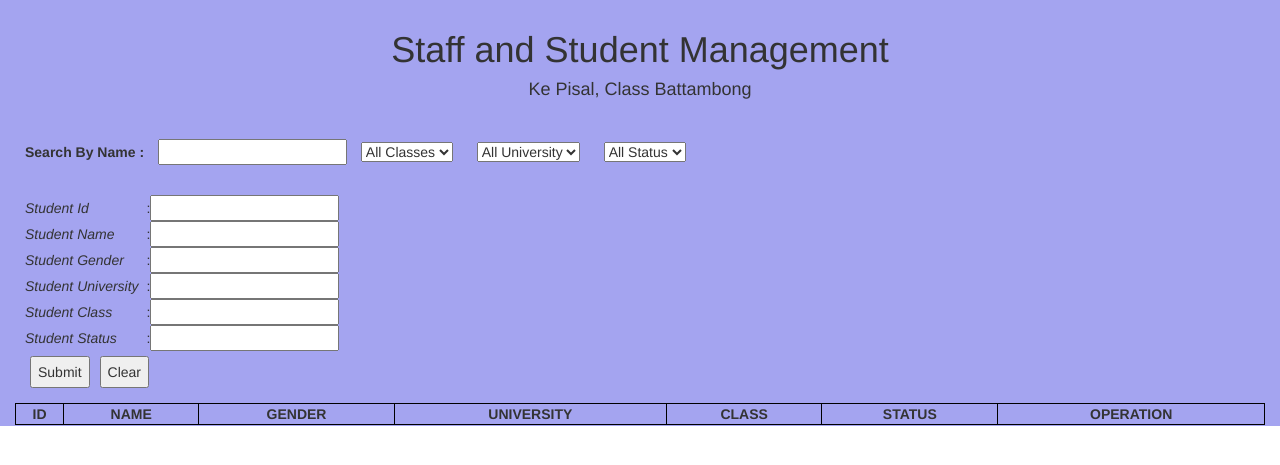
Repository: kepisal/ServletJAVA
Page: http://localhost/AjaxStaffandStudent/
An editor plug-in stored every save of this project. The page is shown before and after the next save, followed by the edit.
The browser window is 1280 px wide. The pictures show the whole page.
The page is served by Tomcat 9. Other server files are loaded and not shown. Queries for data that is not in the repository find no rows.

Above is the page before, as saved 2015-07-10 16:39:56.

### AjaxStaffandStudent/WebContent/index.jsp
<%@ page language="java" contentType="text/html; charset=ISO-8859-1"
	pageEncoding="ISO-8859-1"%>
<!DOCTYPE html>
<html>
<head>
<meta http-equiv="Content-Type" content="text/html; charset=ISO-8859-1">
<title>Staff and Student Management</title>
<link rel="stylesheet" type="text/css"
	href="bootstrap/css/bootstrap.css">
<!-- <link rel="stylesheet" type="text/css" href="css/style.css"> -->

<!-- <script
	src="http://ajax.googleapis.com/ajax/libs/jquery/1.11.3/jquery.min.js"></script> -->
<script type="text/javascript" src="js/jquery-min.js"></script>
<script type="text/javascript" src="bootstrap/js/bootstrap.js"></script>
<script type="text/javascript" src="bootstrap/js/bootstrap.min.js"></script>
<style type="text/css">
.maincontent {
	background-color: #A4A4F0;
}

#title {
	padding: 10px;
	width: 100%;
}

option {
	height: 23px;
}

.mytb td, .mytb th{
	border: 1px solid black;
	border-collapse: collapse;
	text-align: center;

}
#title{
	text-align: center;
}

img {
	width: 20px;
}

#classlist, #universitylist, #txtinput, #statuslist {
	display: inline-block;
	margin: 10px;
}

button {
	margin: 5px;
	height: 32px
}
.stuform td{
	margin:2px;
}
</style>
</head>
<body>
	<div class="maincontent col-sm-12">
		<div id="sheader">
			<div id="title">
				<h1>Staff and Student Management</h1>
				<h4>Ke Pisal, Class Battambong</h4>
			</div>
			<div id="classlist">
				<label>Search By Name : </label> <input type=text id=txtinput /> <select
					id=classselected onclick="searchClass()">

				</select>
			</div>
			<div id="universitylist">
				<select id=unvselected onclick="searchUniversity()">

				</select>
			</div>
			<div id="statuslist">
				<select id=statusselected onclick="searchStatus()">
					<option value=''>All Status</option>
					<option value=1>Active</option>
					<option value=0>Deactive</option>
				</select>
			</div>
		</div>
		<div id="sform">
			<table class="stuform" style="margin:10px;border:0px;">
				<tr><td><i>Student Id</i></td><td>&nbsp;&nbsp;:<input/></td></tr>
				<tr><td><i>Student Name </i></td><td>&nbsp;&nbsp;:<input/></td></tr>
				<tr><td><i>Student Gender </i></td><td>&nbsp;&nbsp;:<input/></td></tr>
				<tr><td><i>Student University </i></td><td>&nbsp;&nbsp;:<input/></td></tr>
				<tr><td><i>Student Class </i></td><td>&nbsp;&nbsp;:<input/></td></tr>
				<tr><td><i>Student Status </i></td><td>&nbsp;&nbsp;:<input/></td></tr>
				<tr><td colspan="2"><button id="btnadd btn btn-success" onclick="add()">Submit</button><button id="btnclear btn btn-success" onclick="add()">Clear</button></td></tr>
			</table>
		</div>
		<div id="sbody">
			<table class="mytb col-sm-12">
				<thead>
					<tr>
						<th>ID</th>
						<th>NAME</th>
						<th>GENDER</th>
						<th>UNIVERSITY</th>
						<th>CLASS</th>
						<th>STATUS</th>
						<th>OPERATION</th>
					</tr>
				</thead>
				<tbody id="tblist">
				</tbody>
			</table>
			<div id="sdetails">
				<!-- <i><h2>-------------Information Detail------------</h2></i> <label>ID
				:</label>
			<h3 id="stuid"></h3>
			<label>NAME :</label>
			<h3 id="stuname"></h3>
			<label>GENDER :</label>
			<h3 id="stugender"></h3>
			<label>UINVERSITY :</label>
			<h3 id="stuuniversity"></h3>
			<label>CLASS :</label>
			<h3 id="stuclass"></h3>
			<label>STATUS :</label>
			<h3 id="stustatus">ss</h3>
			<i><h2>-------------Information Detail------------</h2></i> -->
			</div>
		</div>
		<div class="col-sm-3"></div>
	</div>
	<script type="text/javascript" src="js/script.js"></script>
</body>
</html>

### AjaxStaffandStudent/WebContent/js/script.js
$(document).ready(function() {
	lists(); // list all objects in table
	droplist(); // list all objects in dropdownlist(class, university)
	$("#txtinput").keyup(function() {
		searchName($("#txtinput").val()); // action keyup on textbox
	});
});
/*
 * @param : data is JSon generate <option> value </option> for dropdownlist
 * class
 */
function classlist(data) {
	var str = "";
	str += "<option value=''>All Classes</option>;";
	for (var i = 0; i < data.length; i++) {
		str += "<option value=" + data[i].classes + ">" + data[i].classes;
	}
	str += "</option>";
	return str;
}
/*
 * @param : data is JSon generate <option> value </option> for dropdownlist
 * university
 */
function unvlist(data) {
	var str = "";
	str += "<option value=''>All University</option>;";
	for (var i = 0; i < data.length; i++) {
		str += "<option value=" + data[i].unversity + ">" + data[i].unversity;
	}
	str += "</optiont>";
	return str;
}

/*
 * get data from url and put into function with param
 */
function droplist() {
	$.post("classlist.hrd", function(data) {
		$("#classselected").html(classlist(data));
	});
	$.post("universitylist.hrd", function(data) {
		$("#unvselected").html(unvlist(data));
	});
}
/*
 * generate rows inside table list
 */
function lists() {
	$.post("listobject.hrd", function(data) {
		$("#tblist").html(listobjectdetails(data));
	});

}
/*
 * create tag <tr><td> value </td></tr> follow data
 */
function listobjectdetails(data) {
	var str = "";
	for (var i = 0; i < data.length; i++) {

		str += "<tr>" + "<td id=studid" + i + ">" + data[i].stuid + "</td>"
				+ "<td>" + data[i].stuname + "</td>" + "<td>"
				+ checkGender(data[i].gender) + "</td>" + "<td>"
				+ data[i].unversity + "</td>" + "<td>" + data[i].classes
				+ "</td>" + "<td>" + checkStatus(data[i].status, i) + "</td>"
				+ "<td><button class=btnEdit" + i + " onclick=editFun(" + i
				+ ")>Edit</button><button class=btnRemove" + i
				+ " onclick=removeFun(" + i
				+ ")>Remove</button><button  class=btnView" + i
				+ " onclick=viewFun(" + i + ")>View</button></td>" + "</tr>";
	}

	str += "</table>";

	return str;
}
/*
 * create form for edit and insertion
 */
function myform() {
	var str = "";
}

/*
 * change value 0,1 to male and female
 */
function checkGender(data) {
	var gender;
	if (data == 0) {
		gender = "Male";
	} else {
		gender = "Female";
	}
	return gender;
}
/*
 * change value 0,1 to image 0.png and 1.png
 */
function checkStatus(data, i) {
	var img;
	if (data == 0) {
		img = "<a href=#><img src=img/0.png id=mydata" + i
				+ " onclick=updateStatus(" + i + "," + data + ")></a>";
	} else {
		img = "<a href=#><img src=img/1.png id=mydata" + i
				+ " onclick=updateStatus(" + i + "," + data + ")></a>";
	}
	return img;
}
/*
 * @param : id, value id -> id of each students value -> value of status update
 * status
 */
function updateStatus(id, value) {
	var stuid = $("#studid" + id).text();
	var active;
	if (value == 0) {
		active = 1;
	} else {
		active = 0;
	}
	$.post("editobject.hrd", {
		stu_id : stuid,
		stu_status : active
	}, function(data) {
		lists();
	});
}
/*
 * search by name()
 */
function searchName() {
	var stuname = $('#txtinput').val();
	var stuclass = $('#classselected option:selected').val();
	var stuuniver = $('#unvselected option:selected').val();
	var stustatus = $('#statusselected option:selected').val();
	if (stuname == '') {
		lists();
	}
	$.post("searchobject.hrd", {
		stu_name : stuname,
		stu_class : stuclass,
		stu_university : stuuniver,
		stu_status : stustatus
	}, function(data) {
		$("#tblist").html(listobjectdetails(data));
	});
}
/*
 * search by class()
 */
function searchClass() {
	var stuname = $('#txtinput').val();
	var stuclass = $('#classselected option:selected').val();
	var stuuniver = $('#unvselected option:selected').val();
	var stustatus = $('#statusselected option:selected').val();
	$.post("searchobject.hrd", {
		stu_name : stuname,
		stu_class : stuclass,
		stu_university : stuuniver,
		stu_status : stustatus
	}, function(data) {
		$("#tblist").html(listobjectdetails(data));
	});
}
/*
 * search by university()
 */
function searchUniversity() {
	var stuname = $('#txtinput').val();
	var stuclass = $('#classselected option:selected').val();
	var stuuniver = $('#unvselected option:selected').val();
	var stustatus = $('#statusselected option:selected').val();
	$.post("searchobject.hrd", {
		stu_name : stuname,
		stu_class : stuclass,
		stu_university : stuuniver,
		stu_status : stustatus
	}, function(data) {
		$("#tblist").html(listobjectdetails(data));
	});
}
/*
 * search by status()
 */
function searchStatus() {
	var stuname = $('#txtinput').val();
	var stuclass = $('#classselected option:selected').val();
	var stuuniver = $('#unvselected option:selected').val();
	var stustatus = $('#statusselected option:selected').val();
	$.post("searchobject.hrd", {
		stu_name : stuname,
		stu_class : stuclass,
		stu_university : stuuniver,
		stu_status : stustatus
	}, function(data) {
		$("#tblist").html(listobjectdetails(data));
	});
}
/*
 * Add Function
 */
function add() {
	$("#sbody").load("pages/addForm.html"); // load file from article
}

function editFun(i) {
	alert("This is Edit" + $("#studid" + i).text());
}
function removeFun(i) {
	var stuid = $("#studid" + i).text();
	$.post("deleteobject.hrd", {
		stu_id : stuid
	}, function(data) {
		lists();
	});
}
function viewFun(i) {
	var stuid = $("#studid" + i).text();
	$.post("viewobject.hrd", {
		stu_id : stuid
	}, function(data) {
		$("#sbody").load("pages/viewdetails.html");
	});
}

### AjaxStaffandStudent/src/Controller/Front_Controller.java
package Controller;
import java.io.IOException;

import javax.servlet.RequestDispatcher;
import javax.servlet.ServletException;
import javax.servlet.annotation.WebServlet;
import javax.servlet.http.HttpServlet;
import javax.servlet.http.HttpServletRequest;
import javax.servlet.http.HttpServletResponse;

import Model.ObjectDAO;

@WebServlet("*.hrd")
public class Front_Controller extends HttpServlet {
	private static final long serialVersionUID = 1L;

	public Front_Controller() {
		super();
	}

	protected void doGet(HttpServletRequest request, HttpServletResponse response) throws ServletException, IOException {
		doProcess(request, response);
	}

	protected void doPost(HttpServletRequest request, HttpServletResponse response) throws ServletException, IOException {
		doProcess(request, response);
	}

	protected void doProcess(HttpServletRequest request, HttpServletResponse response) throws ServletException, IOException {
		String RequestURI = request.getRequestURI();

		System.out.println(RequestURI);
		String contextPath = request.getContextPath();
		System.out.println(contextPath);
		String command = RequestURI.substring(contextPath.length());
		ActionForward forward = null;
		Action action = null;

		System.out.println(command);

		switch(command){
			case "/listobject.hrd":
				action = new ListObject();
				try {
					forward = action.execute(request, response);
					System.out.println(forward);
				} catch (Exception e) {
					e.printStackTrace();
				}
				break;
			case "/classlist.hrd":
				action = new classList();
				try {
					forward = action.execute(request, response);
					System.out.println(forward);
				} catch (Exception e) {
					e.printStackTrace();
				}
				break;
			case "/universitylist.hrd":
				action = new universityList();
				try {
					forward = action.execute(request, response);
					System.out.println(forward);
				} catch (Exception e) {
					e.printStackTrace();
				}
				break;
			case "/editobject.hrd":
				action = new EditObject();
				try {
					forward = action.execute(request, response);
				} catch (Exception e) {
					e.printStackTrace();
				}
				break;
			case "/searchobject.hrd":
				action = new Search();
				try {
					forward = action.execute(request, response);
				} catch (Exception e) {
					e.printStackTrace();
				}
				break;
			case "/viewobject.hrd":
				action = new ViewObject();
				try {
					forward = action.execute(request, response);
				} catch (Exception e) {
					e.printStackTrace();
				}
				break;
			case "/deleteobject.hrd":
				action = new DeleteObject();
				try {
					forward = action.execute(request, response);
				} catch (Exception e) {
					e.printStackTrace();
				}
				break;
			default :
				forward = new ActionForward();
				forward.setPath("404.jsp");
				forward.setRedirect(false);
				break;


		}

		if (forward != null) {
			if (forward.isRedirect()) {
				response.sendRedirect(forward.getPath());
			} else {
				RequestDispatcher dispatcher = request
						.getRequestDispatcher(forward.getPath());
				dispatcher.forward(request, response);
			}

		}

	}
}

### AjaxStaffandStudent/src/Controller/ListObject.java
package Controller;

import java.util.ArrayList;

import javax.servlet.http.HttpServletRequest;
import javax.servlet.http.HttpServletResponse;

import com.google.gson.Gson;

import Controller.Action;
import Controller.ActionForward;
import Model.ObjectDAO;
import Model.ObjectDTO;

public class ListObject implements Action {

	@Override
	public ActionForward execute(HttpServletRequest request,
			HttpServletResponse response) throws Exception {

		ObjectDAO dao = new ObjectDAO();
		ArrayList<ObjectDTO> objectlist = dao.list();

		response.setContentType("application/json");
		response.setCharacterEncoding("UTF-8");
		String obj= new Gson().toJson(objectlist);

		response.getWriter().write(obj);


		return null;
	}

}

### AjaxStaffandStudent/src/Model/ObjectDAO.java
package Model;

import java.beans.Statement;
import java.sql.Connection;
import java.sql.DriverManager;
import java.sql.PreparedStatement;
import java.sql.ResultSet;
import java.sql.SQLException;
import java.util.ArrayList;
import java.sql.*;

import javax.naming.InitialContext;
import javax.sql.DataSource;

public class ObjectDAO {
	static Connection cn;

	/*
	 * list all of elements in database return Arraylist objects
	 */
	public ArrayList<ObjectDTO> list() throws SQLException,
			ClassNotFoundException {

		String sql = "select * from hrd_students";
		java.sql.Statement stm = cn.createStatement();
		ResultSet rs = stm.executeQuery(sql);
		ArrayList<ObjectDTO> objectdto = new ArrayList<ObjectDTO>();
		try {
			while (rs.next()) {
				objectdto.add(new ObjectDTO(rs.getString("stu_id"), rs
						.getString("stu_name"), rs.getInt("stu_gender"), rs
						.getString("stu_university"),
						rs.getString("stu_class"), rs.getInt("stu_status")));
			}

		} catch (Exception e) {
			e.printStackTrace();
		}
		return objectdto;
	}

	/*
	 * @param : id and status function update status 0 to 1 and 1 to 0 follow id
	 * return true/false for success or faild
	 */
	public boolean update(String id, int status) throws SQLException {
		try (PreparedStatement pstm = cn
				.prepareStatement("update hrd_students set stu_status=? where stu_id=?");) {

			pstm.setString(1, String.valueOf(status));
			pstm.setString(2, id);
			return pstm.execute();
		} catch (Exception e) {
			e.printStackTrace();
		}
		return false;
	}

	/*
	 * distinct the class value return Arraylist objects (0,1)
	 */
	public ArrayList<ObjectDTO> classList() throws SQLException {
		String sql = "SELECT distinct stu_class FROM hrd_students";
		java.sql.Statement stm = cn.createStatement();
		ResultSet rs = stm.executeQuery(sql);
		ArrayList<ObjectDTO> objectdto = new ArrayList<ObjectDTO>();
		try {
			while (rs.next()) {
				objectdto.add(new ObjectDTO("", "", 0, "", rs
						.getString("stu_class"), 0));
			}
		} catch (Exception e) {
			e.printStackTrace();
		}
		return objectdto;
	}

	/*
	 * distinct the university value return Arraylist objects (0,1)
	 */
	public ArrayList<ObjectDTO> universityList() throws SQLException {
		String sql = "select distinct stu_university from hrd_students";
		java.sql.Statement stm = cn.createStatement();
		ResultSet rs = stm.executeQuery(sql);
		ArrayList<ObjectDTO> objectdto = new ArrayList<ObjectDTO>();
		try {
			while (rs.next()) {
				objectdto.add(new ObjectDTO("", "", 0, rs
						.getString("stu_university"), "", 0));
			}
		} catch (Exception e) {
			e.printStackTrace();
		}
		return objectdto;
	}

	/*
	 * Search all of content by name, class, university and status return as
	 * ArrayList objects
	 */
	public ArrayList<ObjectDTO> search(String name, String classes,
			String university, String status) throws SQLException {
		PreparedStatement ps = cn
				.prepareStatement("select * from hrd_students where stu_university LIKE ? and stu_class LIKE ? and stu_status LIKE ? and stu_name like ?");
		ps.setString(1, university + "%");
		ps.setString(2, classes + "%");
		ps.setString(3, status + "%");
		ps.setString(4, "%" + name + "%");
		ResultSet rs = ps.executeQuery();
		ArrayList<ObjectDTO> alist = new ArrayList<ObjectDTO>();
		while (rs.next()) {
			alist.add(new ObjectDTO(rs.getString("stu_id"), rs
					.getString("stu_name"), rs.getInt("stu_gender"), rs
					.getString("stu_university"), rs.getString("stu_class"), rs
					.getInt("stu_status")));
		}
		return alist;
	}

	public ObjectDTO viewObject(String id) throws SQLException {
		String sql = "select * from hrd_students where stu_id=?";
		PreparedStatement pstm = cn.prepareStatement(sql);
		pstm.setString(1, id);
		ResultSet rs = pstm.executeQuery();
		ObjectDTO objectdto = new ObjectDTO();
		try {
			if (rs.next()) {
				objectdto = new ObjectDTO(rs.getString("stu_id"),
						rs.getString("stu_name"), rs.getInt("stu_gender"),
						rs.getString("stu_university"),
						rs.getString("stu_class"), rs.getInt("stu_status"));
			}

		} catch (Exception e) {
			e.printStackTrace();
		}
		return objectdto;
	}

	public boolean DeleteObject(String id) throws SQLException {
		String sql = "delete from hrd_students where stu_id=?";
		PreparedStatement pstm = cn.prepareStatement(sql);
		pstm.setString(1, id);
		return pstm.execute();
	}

	/********************** Here is Connection Database *********************************/
	static {
		try {
			Class.forName("com.mysql.jdbc.Driver");
			cn = DriverManager.getConnection(
					"jdbc:mysql://localhost:3306/ssdbmanage", "admin", "admin");
		} catch (Exception e) {
			// TODO Auto-generated catch block
			e.printStackTrace();
		}
	}
	/**********************
	 * Here is Connection Database
	 *
	 * @throws SQLException
	 *********************************/

}

### AjaxStaffandStudent/src/Controller/classList.java
package Controller;

import java.util.ArrayList;

import javax.servlet.http.HttpServletRequest;
import javax.servlet.http.HttpServletResponse;

import Model.ObjectDAO;
import Model.ObjectDTO;

import com.google.gson.Gson;

public class classList implements Action {

	public ActionForward execute(HttpServletRequest request,
			HttpServletResponse response) throws Exception {

		ObjectDAO dao = new ObjectDAO();
		ArrayList<ObjectDTO> objectlist = dao.classList();

		response.setContentType("application/json");
		response.setCharacterEncoding("UTF-8");
		String obj= new Gson().toJson(objectlist);

		response.getWriter().write(obj);
		return null;
	}

}

### AjaxStaffandStudent/src/Controller/universityList.java
package Controller;

import java.util.ArrayList;

import javax.servlet.http.HttpServletRequest;
import javax.servlet.http.HttpServletResponse;

import Model.ObjectDAO;
import Model.ObjectDTO;

import com.google.gson.Gson;

public class universityList implements Action {
	public ActionForward execute(HttpServletRequest request,
			HttpServletResponse response) throws Exception {

		ObjectDAO dao = new ObjectDAO();
		ArrayList<ObjectDTO> objectlist = dao.universityList();

		response.setContentType("application/json");
		response.setCharacterEncoding("UTF-8");
		String obj= new Gson().toJson(objectlist);

		response.getWriter().write(obj);
		return null;
	}
}

Loaded but not shown: AjaxStaffandStudent/WebContent/bootstrap/css/bootstrap.css (library); AjaxStaffandStudent/WebContent/js/jquery-min.js (library); AjaxStaffandStudent/WebContent/bootstrap/js/bootstrap.js (library); AjaxStaffandStudent/WebContent/bootstrap/js/bootstrap.min.js (library)

After the next save:
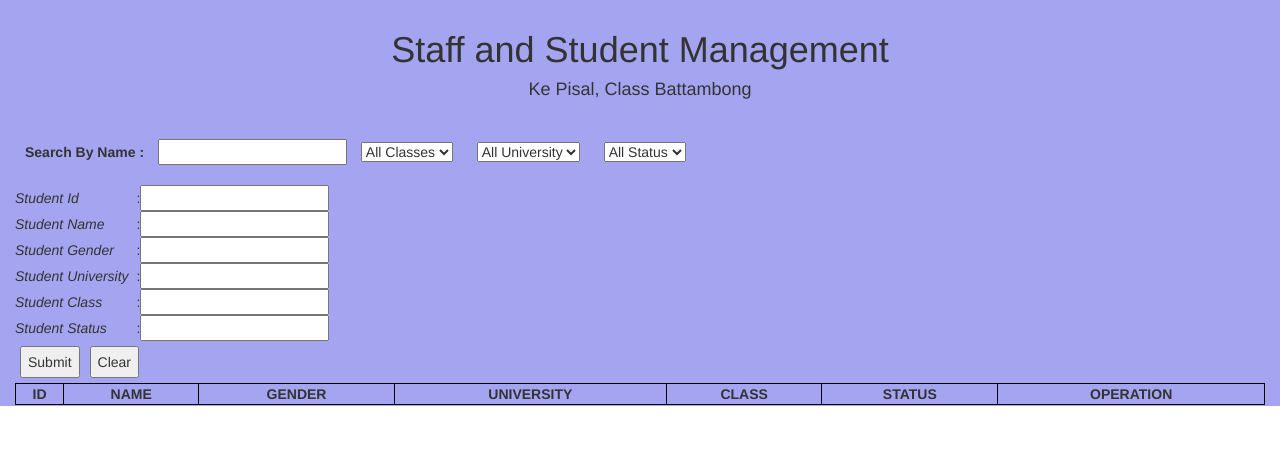
Saved 28 s later.
--- a/AjaxStaffandStudent/WebContent/index.jsp
+++ b/AjaxStaffandStudent/WebContent/index.jsp
@@ -83,7 +83,7 @@ button {
 			</div>
 		</div>
 		<div id="sform">
-			<table class="stuform" style="margin:10px;border:0px;">
+			<table class="stuform">
 				<tr><td><i>Student Id</i></td><td>&nbsp;&nbsp;:<input/></td></tr>
 				<tr><td><i>Student Name </i></td><td>&nbsp;&nbsp;:<input/></td></tr>
 				<tr><td><i>Student Gender </i></td><td>&nbsp;&nbsp;:<input/></td></tr>
